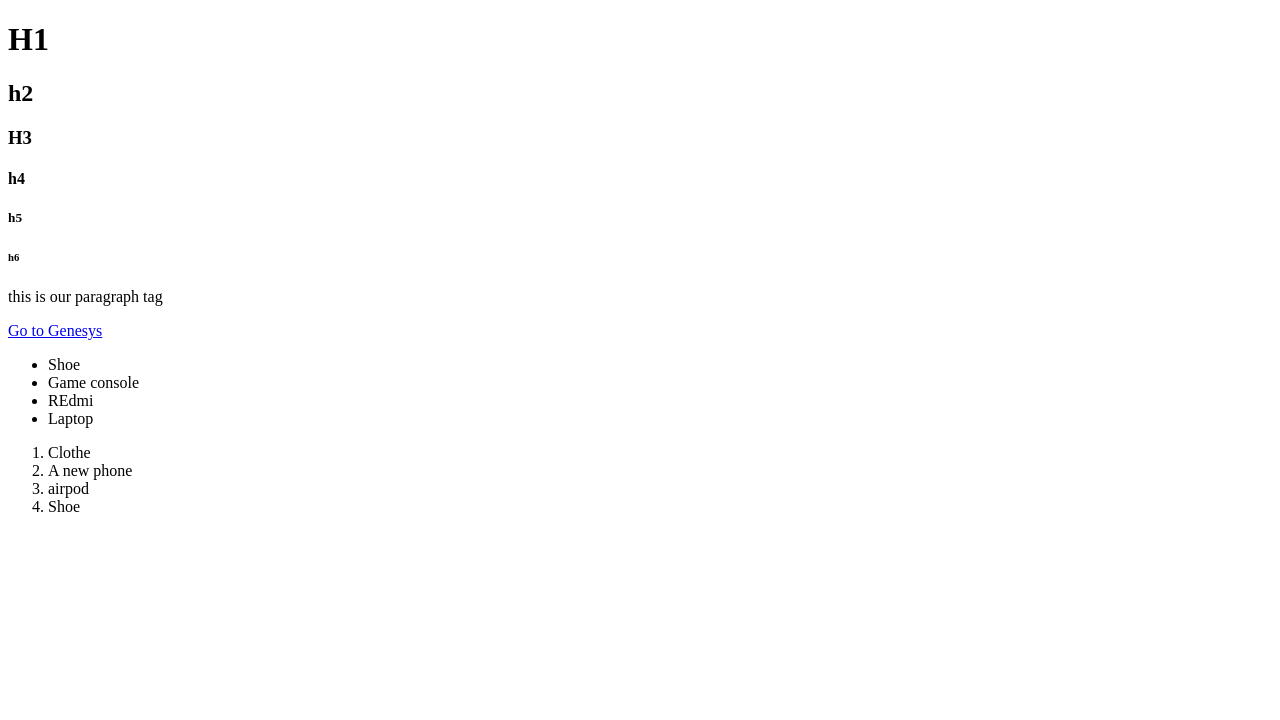
Repository: Ifenna-Pascal/firstRepo
Page: index.html
An editor plug-in stored every save of this project. The page is shown before and after the next save, followed by the edit.
The browser window is 1280 px wide. The pictures show the whole page.

Above is the page before, as saved 2023-07-14 12:24:05.

### index.html
<!DOCTYPE html>
<html lang="eng">
<head>
<title>Codeville</title>
<meta name="description" content="this is an introduction page site">
<link rel="stylesheet" href="./about/about.css">
<style>
</style>
</head>
<body>
    <!-- THESE ARE OUR HEADER TAGS H1-H6 -->
    <h1>H1</h1>
    <h2>h2</h2>
    <h3>H3</h3>
    <h4>h4</h4>
    <h5>h5</h5>
    <h6>h6</h6>
    <!-- THIS IS OUR PARAGRAPH TAG -->
    <p>this is our paragraph tag</p>
    <!-- <article>
        Lorem ipsum dolor sit amet, consectetur adipisicing elit. Deserunt enim,
         soluta qui quaerat sapiente hic quisquam incidunt molestias cupiditate
         ipsa ad animi, officiis in. Dolores, possimus? Tempore ducimus voluptas
          tenetur pariatur iusto dolores necessitatibus magnam consectetur facere
           voluptate, esse ipsa nemo unde fugiat neque cumque rem quia sunt quas ea a debitis totam natus ipsam. Voluptas sapiente sint
            accusantium laboriosam, ipsa, maxime excepturi possimus harum ducimus quo quia soluta facilis molestiae perspiciatis delectus consectetur ratione
            <h1> dolores. Veniam molestias voluptates</h1> quod rerum labore reprehenderit laborum voluptatem, sint harum id sit nulla, omnis alias earum ab ex, temporibus accusamus est consequatur quibusdam vero assumenda? Sit perferendis optio ex. Optio praesentium illo quas commod
             i tempore adipisci aliquid numquam. Dicta nulla quibusdam provident quis voluptates dolorem ipsa rem ab ratione omnis aspernatur odit reiciendis labore fuga distinctio, porro incidunt quidem necessitatibus, doloremque numquam molestias cumque sit delectus. Optio perspiciatis voluptas quos vel dignissimos, tenetur, dicta corporis minus, accusantium in ipsam eaque sit minima commodi reprehenderit incidunt nulla quas rem nam officiis. Beatae inventore
             ea ex cumque nam exercitationem fuga aliquid cum! Voluptatum voluptate optio tempora accusantium numquam temporibus similique ullam at nesciunt facere harum, omnis, modi dolore
              necessitatibus, sed nihil doloremque odio eum quo.
    </article> -->
    <!-- <div>
        Lorem ipsum dolor sit amet, consectetur adipisicing elit. Qui eveniet minus est iste, nisi atque ipsum aliquam saepe provident iure molestias ea? Commodi quod culpa consequatur! Dolor enim atque vero?
    </div>
    <section id="sectionOne">
        <span id="spanOne">Lorem ipsum dolor sit, amet consectetur adipisicing elit. Ipsum, consequuntur.t</span>
        <span>Lorem ipsum <b>dolor</b> sit amet consectetur.</span>
    </section> -->
    <a href="https://www.genesystechhub.com/" title="Linkk" target="_blank">Go to Genesys</a>
    <ul>
        <li>Shoe</li>
        <li>Game console</li>
        <li>REdmi</li>
        <li>Laptop</li>
    </ul>
    <ol>
        <li>Clothe</li>
        <li>A new phone</li>
        <li>airpod</li>
        <li>Shoe</li>
    </ol>
    <img src="" alt="">
</body>
</html>

Loaded but not shown: about/about.css (no stored copy; drawn as an empty file)

After the next save:
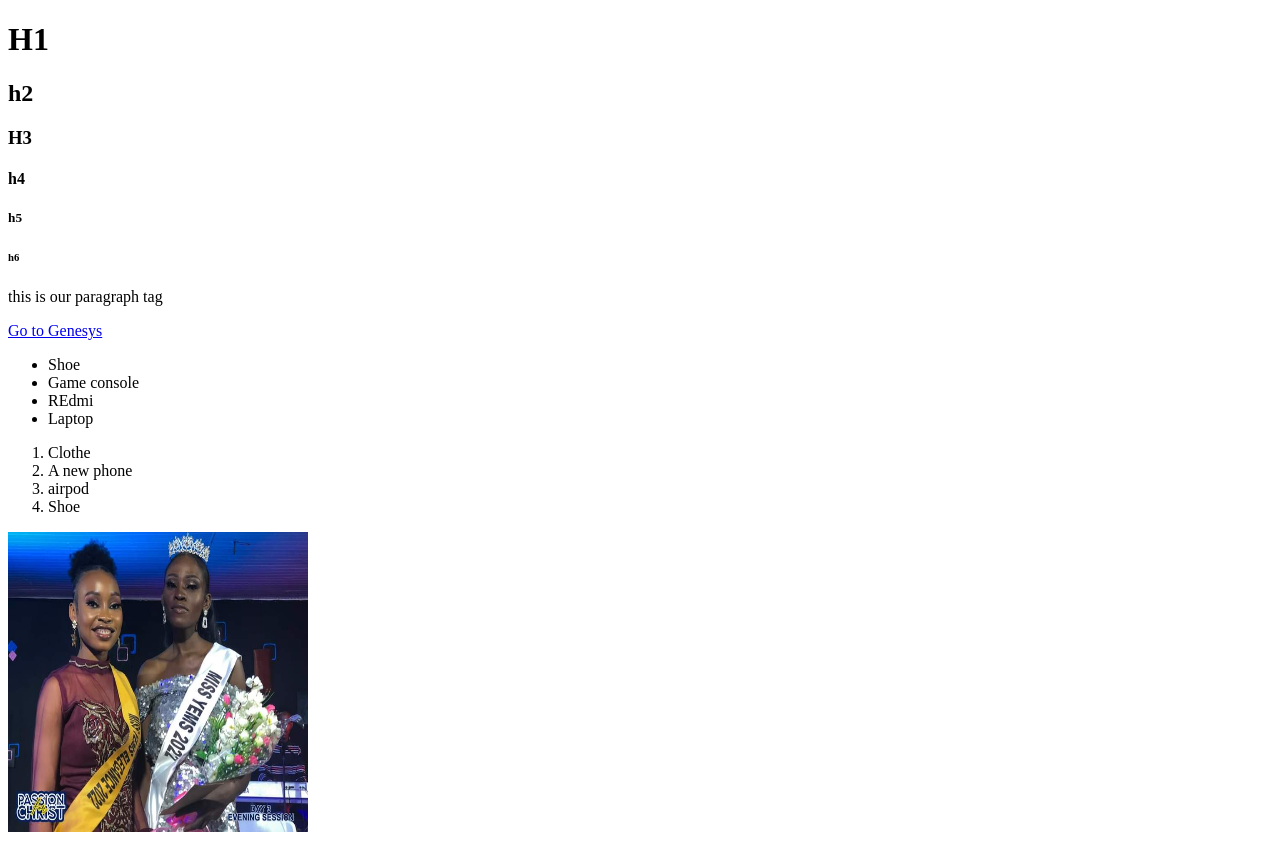
Saved 3 min 23 s later.
--- a/index.html
+++ b/index.html
@@ -49,6 +49,6 @@
         <li>airpod</li>
         <li>Shoe</li>
     </ol>
-    <img src="" alt="">
+    <img src="/queen.jpg" alt="a queen picture" width="300" height="300">
 </body>
 </html>
